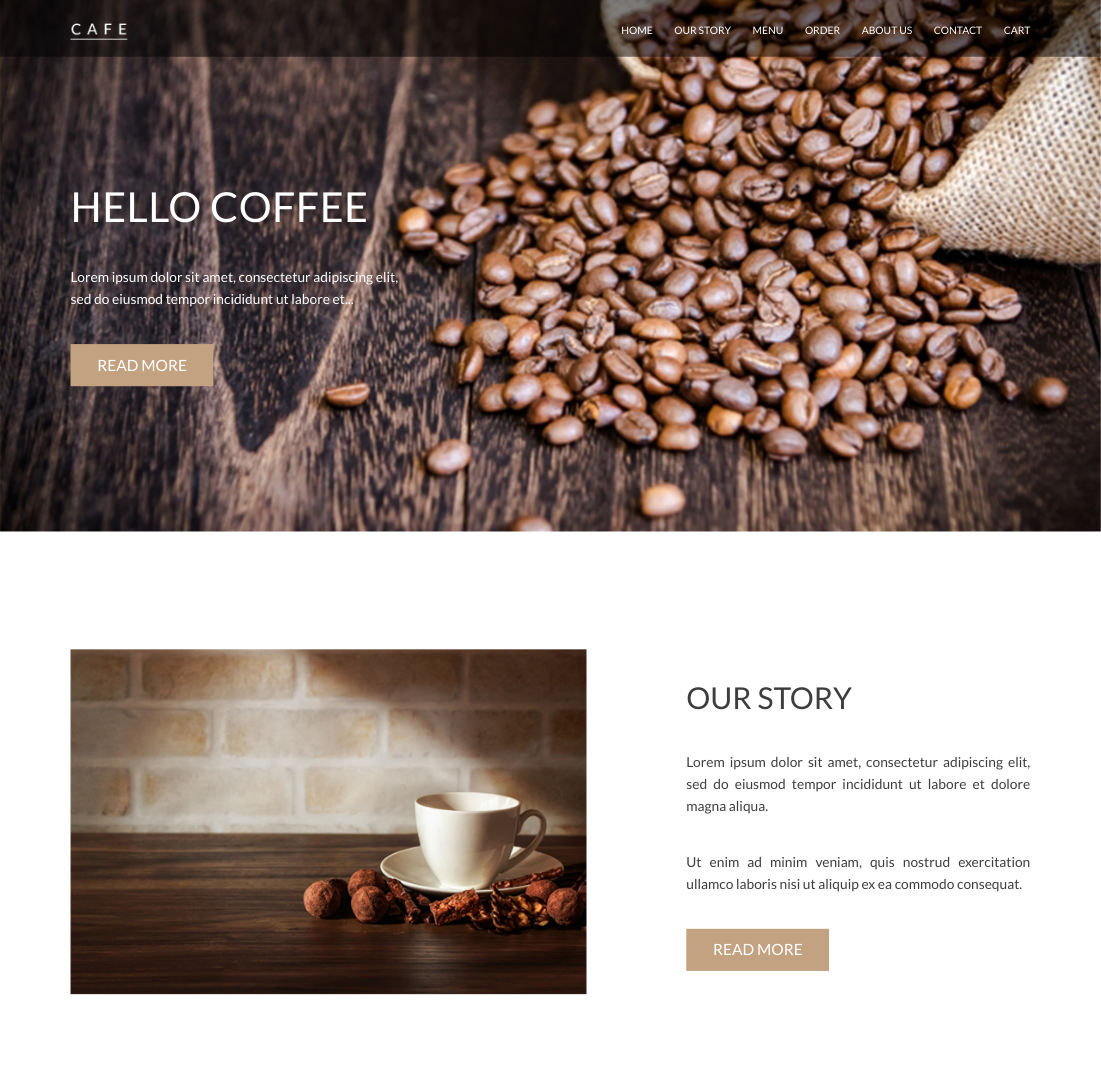
Repository: kuluong2000/coffe
Page: index.html
The author's editor kept a copy of each file at every save. The page is drawn from the files as they stood at one save, then again after the next save.
The browser window is 1280 px wide. The pictures show the whole page, at 86% of full size.

Above is the page before, as saved 2021-10-04 21:18:27.

After the next save:
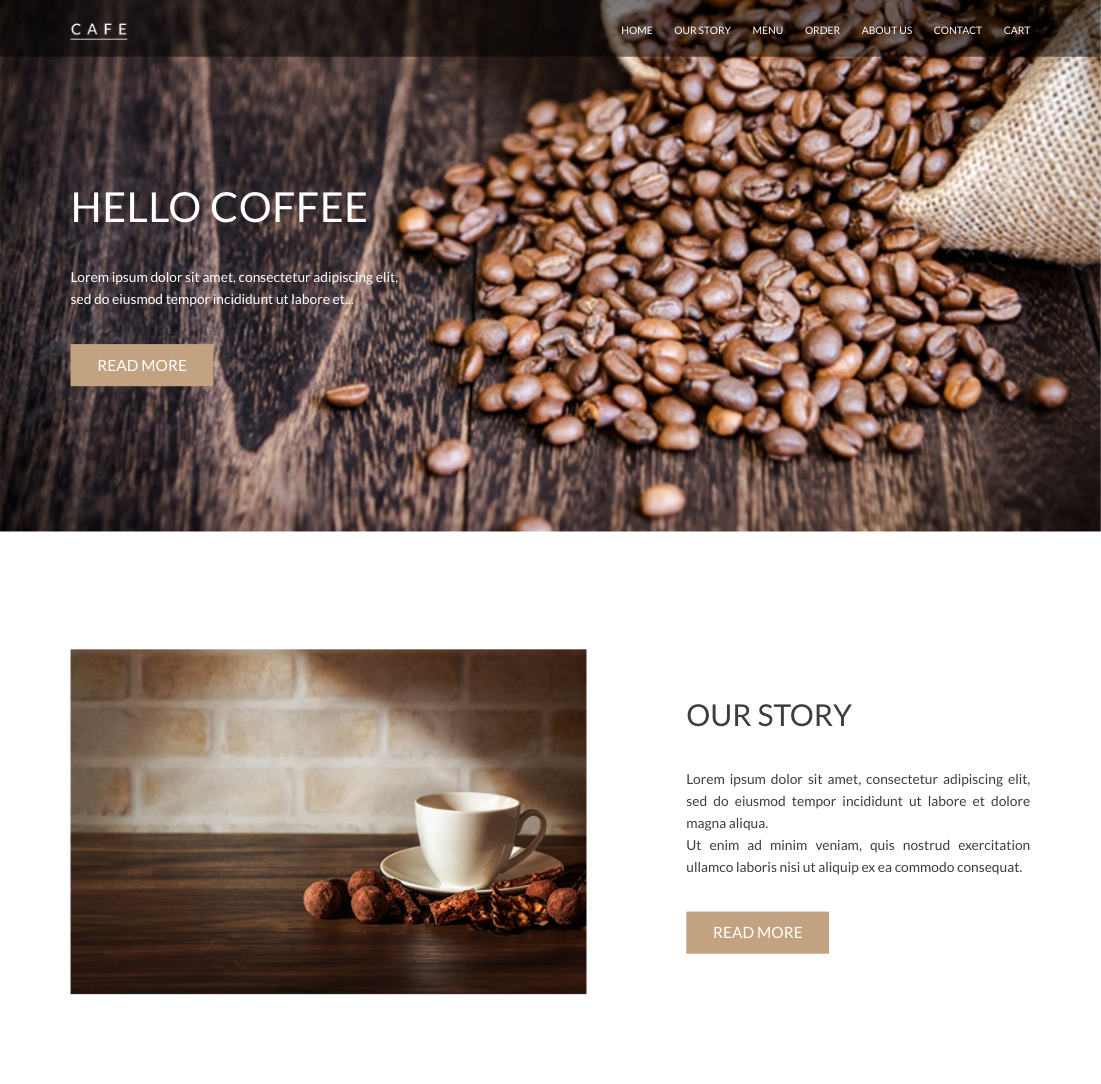
Saved 44 s later.
--- a/index.html
+++ b/index.html
@@ -64,8 +64,11 @@
               </div>
               <div class="story-info">
                 <div class="story-title">Our Story</div>
-                <p class="story-desc">Lorem ipsum dolor sit amet, consectetur adipiscing elit, sed do eiusmod tempor incididunt ut labore et dolore magna aliqua.</p>
-                <p class="story-desc">Ut enim ad minim veniam, quis nostrud exercitation ullamco laboris nisi ut aliquip ex ea commodo consequat.</p>
+                <p class="story-desc">
+                  Lorem ipsum dolor sit amet, consectetur adipiscing elit, sed do eiusmod tempor incididunt ut labore et dolore magna aliqua.
+                  <br />
+                  Ut enim ad minim veniam, quis nostrud exercitation ullamco laboris nisi ut aliquip ex ea commodo consequat.
+                </p>
                 <a href="#" class="btn">Read More</a>
               </div>
             </div>
